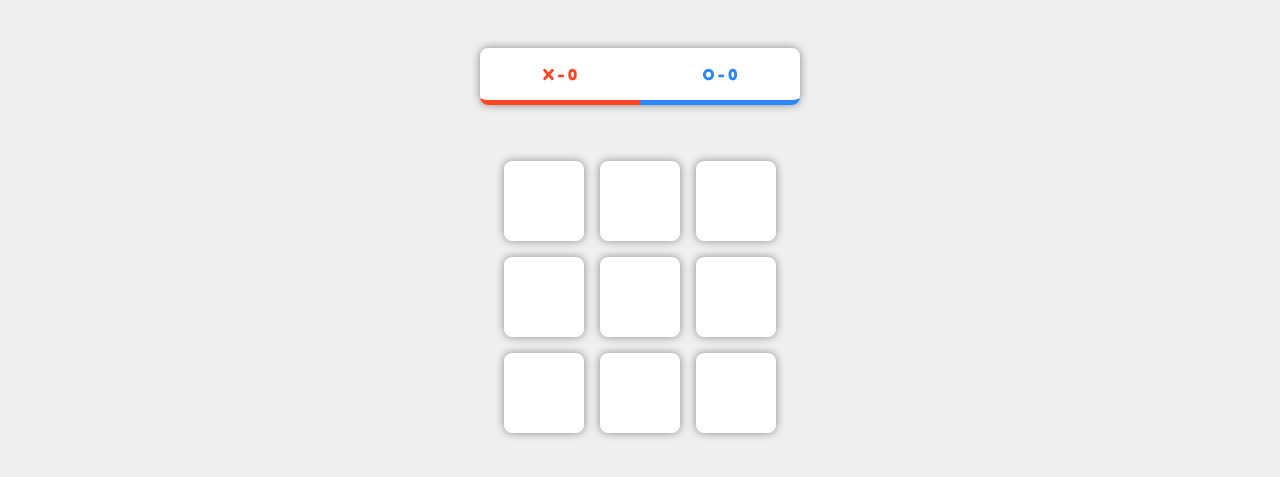
Repository: Seva2705/tic-tac-toe.github.io
Page: /
An editor plug-in stored every save of this project. The page is shown before and after the next save, followed by the edit.
The browser window is 1280 px wide. The pictures show the whole page.
The project was rebuilt for these pictures with package versions that can differ from the ones it lists, and the page was loaded fresh each time.

Above is the page before, as saved 2023-04-04 18:00:40.

### public/index.html
<!DOCTYPE html>
<html lang="en">
<head>
  <meta charset="utf-8" />
  <link rel="icon" href="%PUBLIC_URL%/favicon.ico" />
  <meta name="viewport" content="width=device-width, initial-scale=1" />
  <meta name="theme-color" content="#000000" />
  <meta
  name="description"
  content="Web site created using create-react-app"
  />
  <link rel="apple-touch-icon" href="%PUBLIC_URL%/logo192.png" />
  <link rel="preconnect" href="https://fonts.googleapis.com">
  <link rel="preconnect" href="https://fonts.gstatic.com" crossorigin>
  <link href="https://fonts.googleapis.com/css2?family=Fredoka:wght@400;500;700&display=swap" rel="stylesheet">
  <!--
    manifest.json provides metadata used when your web app is installed on a
    user's mobile device or desktop. See https://developers.google.com/web/fundamentals/web-app-manifest/
  -->
  <link rel="manifest" href="%PUBLIC_URL%/manifest.json" />
  <!--
    Notice the use of %PUBLIC_URL% in the tags above.
    It will be replaced with the URL of the `public` folder during the build.
    Only files inside the `public` folder can be referenced from the HTML.

    Unlike "/favicon.ico" or "favicon.ico", "%PUBLIC_URL%/favicon.ico" will
    work correctly both with client-side routing and a non-root public URL.
    Learn how to configure a non-root public URL by running `npm run build`.
  -->
  <title>React App</title>
</head>
<body>
  <noscript>You need to enable JavaScript to run this app.</noscript>
  <div id="root"></div>
  <!--
    This HTML file is a template.
    If you open it directly in the browser, you will see an empty page.

    You can add webfonts, meta tags, or analytics to this file.
    The build step will place the bundled scripts into the <body> tag.

      To begin the development, run `npm start` or `yarn start`.
      To create a production bundle, use `npm run build` or `yarn build`.
    -->
  </body>
  </html>

### src/App.js
import React, {useState} from 'react';
import './App.css';
import Board from './components/Board';
import ScoreBoard from './components/ScoreBoard';


function App() {

  const WIN_CONDITIONS = [
    [0, 1, 2],
    [3, 4, 5],
    [6, 7, 8],
    [0, 3, 6],
    [1, 4, 7],
    [2, 5, 8],
    [0, 4, 8],
    [2, 4, 6]
  ]

  const [board, setBoard] = useState(Array(9).fill(null));
  const [xPlaying, setXPlaying] = useState(true);
  const [scores, setScores] = useState({xScore: 0, oScore: 0});


  const handleBoxClick = (boxIdx) => {
    const updatedBoard = board.map((value, idx) => {
      if (idx === boxIdx) {
        return xPlaying === true ? 'X' : 'O';
      } else {
        return value;
      }

    })

    const winner = checkWinner(updatedBoard);

    if (winner) {
      if (winner === 'O') {
        let { oScore } = scores;
        oScore += 1;
        setScores({...scores, oScore});
      } else {
        let { xScore } = scores;
        xScore += 1;
        setScores({...scores, xScore});
      }
    }





    setBoard(updatedBoard);
    setXPlaying(!xPlaying);
  }

  const checkWinner = (board) => {
    for(let i = 0; i < WIN_CONDITIONS.length; i++) {
      const [x, y, z] = WIN_CONDITIONS[i];

      if (board[x] && board[x] === board[y] && board[y] === board[z]) {
        console.log(board[x])
        return board[x];
    }
  }
  }

  return (
    <div className="App">
      <ScoreBoard scores={scores} xPlaying={xPlaying}/>
      <Board board={board} onClick={handleBoxClick}/>


    </div>
  );
}

export default App;

### src/App.css
* {
  box-sizing: border-box;

}

body {
  margin: 0;
  background-color: #efefef;
  font-family: "Fredoka", sans-serif;
}

### src/components/Board.js
import React from 'react'
import Box from './Box'
import './Board.css'

const Board = ({board, onClick}) => {
  return (
    <div className='board'>
        {board.map((value, idx) => {
            return <Box value={value} onClick={() => value ===null && onClick(idx)}/>
        }
        )}
        </div>
  )
}

export default Board

### src/components/ScoreBoard.js
import React from 'react'
import './ScoreBoard.css'

const ScoreBoard = ({scores, xPlaying}) => {
    const {xScore, oScore} = scores;
  return (
    <div className='scoreboard'>
        <span className={`score x-score ${!xPlaying && 'inactive'}`}>X - {xScore}</span>
        <span className={`score o-score ${xPlaying && 'inactive'}`}>O - {oScore}</span>
    </div>
  )
}

export default ScoreBoard

### src/components/Box.js
import React from 'react'

import './Box.css'

const Box = ({value, onClick}) => {
    const style = value === "X" ? "box x" : "box o";
  return (
    <button className={style} onClick={onClick}>{value}</button>
  )
}

export default Box

### src/components/Board.css
.board {
    display: grid;
    grid-template-columns: repeat(3, 6rem);
    place-items: center;
    justify-content: center;
}

### src/components/ScoreBoard.css
.scoreboard {
    display: flex;
    flex-direction: row;
    align-items: center;
    justify-content: space-evenly;
    width: 20rem;
    background-color: white;
    margin: 3rem auto;
    box-shadow: 0px 0px 8px #888;
    border-radius: 0.5rem;
    font-weight: bold;

}

.score {
    width: 100%;
    text-align: center;
    padding: 1rem 0;
}

.x-score {
    color: rgb(255,70,37);
    border-bottom: 5px solid rgb(255,70,37);
    border-radius: 0.5rem 0 0 0.5rem;
}
.o-score {
    color: rgb(44,135,255);
    border-bottom: 5px solid rgb(44,135,255);
    border-radius: 0 0.5rem 0.5rem 0;
}

.inactive {

}

### src/components/Box.css
.box {
    background-color: white;
    border: none;
    border-radius: 10%;
    box-shadow: 0px 0px 8px #888;
    width: 5rem;
    height: 5rem;
    text-align: center;
    font-size: 5em;
    font-family: "Fredoka", sans-serif;
    font-weight: bold;
    line-height: 5rem;
    margin: 0.5rem;
    cursor: pointer;

}

.x {
    color: rgb(255, 70, 37)
}
.o {
    color: rgb(44, 135, 255)
}

.box:hover {
    box-shadow: 0px 0px 15px #888;
}

Loaded but not shown: src/index.js (common file); src/index.css (common file)

After the next save:
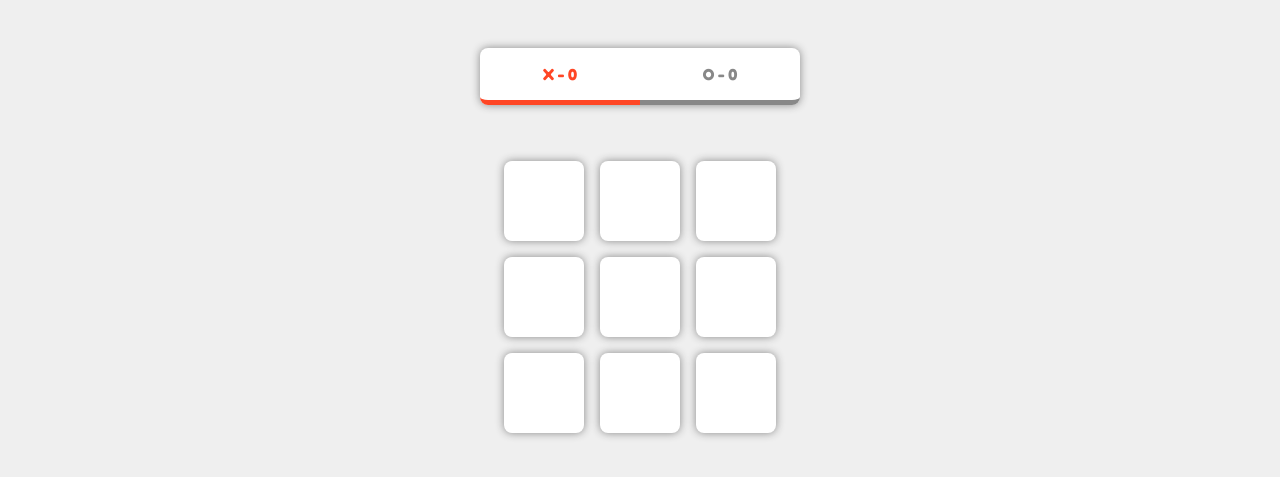
Saved 4 s later.
--- a/src/components/ScoreBoard.css
+++ b/src/components/ScoreBoard.css
@@ -30,5 +30,6 @@
 }
 
 .inactive {
-
+    color: #888;
+    border-bottom: 5px solid #888;
 }
